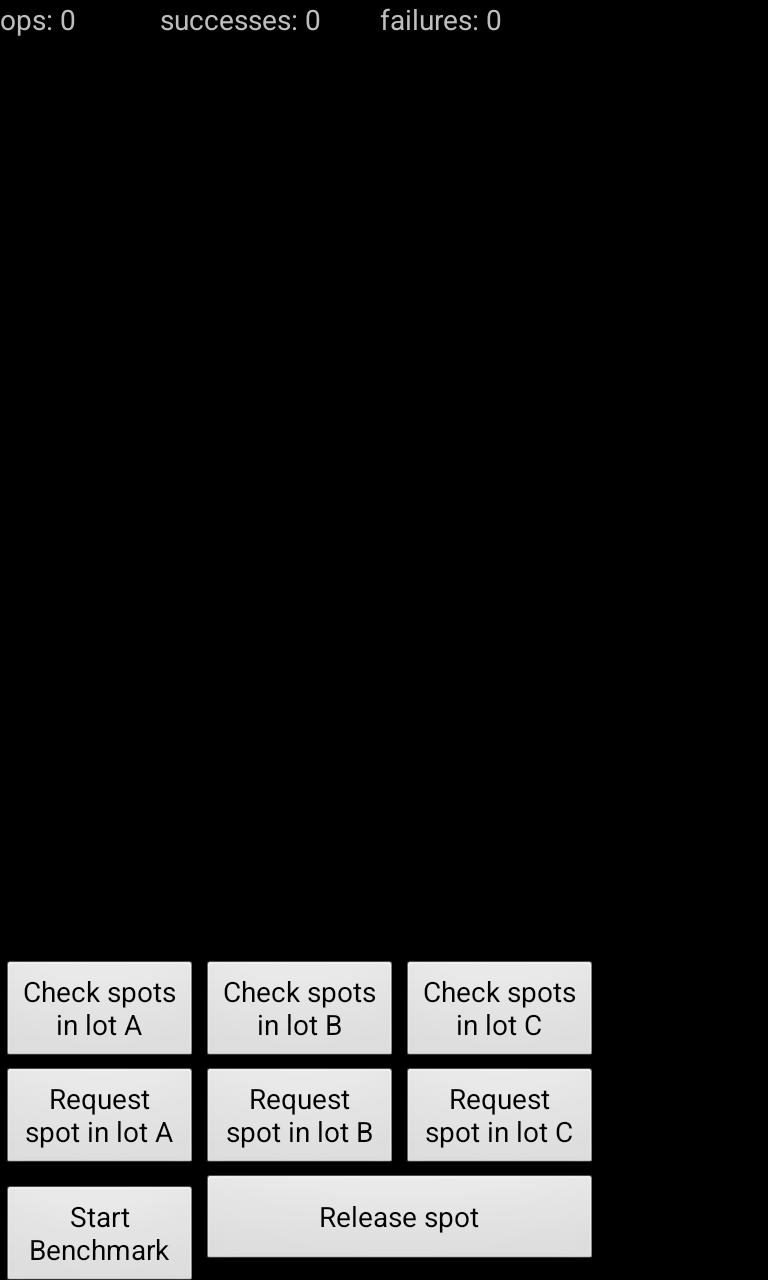
Repository: jasongao/csmcode
Layout: current/workspace/SMCloud/res/layout/main.xml
An editor plug-in stored every save of this project. The layout is shown before and after the next save, followed by the edit.
It is drawn on a 768 x 1280 px phone screen (xhdpi) without system bars, with theme android:Theme; the app's code is not run. Lists and similar views that code fills are empty.

Above is the layout before, as saved 2011-07-14 16:17:17.

### current/workspace/SMCloud/res/layout/main.xml
<?xml version="1.0" encoding="utf-8"?>
<LinearLayout xmlns:android="http://schemas.android.com/apk/res/android"
	android:orientation="vertical" android:layout_width="fill_parent"
	android:layout_height="fill_parent">

	<LinearLayout android:layout_width="match_parent"
		android:layout_height="wrap_content" android:id="@+id/CountInfoLayout">
		<TextView android:text="ops: 0" android:layout_height="wrap_content"
			android:id="@+id/opcount_tv" android:layout_width="80dip"></TextView>
		<TextView android:text="successes: 0" android:layout_height="wrap_content"
			android:id="@+id/successcount_tv" android:layout_width="110dip"></TextView>
		<TextView android:text="failures: 0" android:layout_height="wrap_content"
			android:id="@+id/failurecount_tv" android:layout_width="90dip"></TextView>
	</LinearLayout>

	<ListView android:id="@+id/msgList" android:layout_width="fill_parent"
		android:layout_height="fill_parent" android:stackFromBottom="true"
		android:transcriptMode="alwaysScroll" android:layout_weight="1">
	</ListView>

	<LinearLayout android:layout_width="fill_parent"
		android:orientation="horizontal" android:layout_height="wrap_content"
		android:id="@+id/CheckSpotLayout">
		<Button android:layout_height="wrap_content"
			android:layout_width="100dip" android:text="Check spots in lot A"
			android:id="@+id/readparkingA_button"></Button>
		<Button android:layout_height="wrap_content"
			android:layout_width="100dip" android:text="Check spots in lot B"
			android:id="@+id/readparkingB_button"></Button>
		<Button android:layout_height="wrap_content"
			android:layout_width="100dip" android:text="Check spots in lot C"
			android:id="@+id/readparkingC_button"></Button>
	</LinearLayout>

	<LinearLayout android:layout_width="fill_parent"
		android:orientation="horizontal" android:layout_height="wrap_content"
		android:id="@+id/RequestSpotLayout">
		<Button android:layout_height="wrap_content"
			android:layout_width="100dip" android:text="Request spot in lot A"
			android:id="@+id/requestparkingA_button"></Button>
		<Button android:layout_height="wrap_content"
			android:layout_width="100dip" android:text="Request spot in lot B"
			android:id="@+id/requestparkingB_button"></Button>
		<Button android:layout_height="wrap_content"
			android:layout_width="100dip" android:text="Request spot in lot C"
			android:id="@+id/requestparkingC_button"></Button>
	</LinearLayout>

	<LinearLayout android:layout_width="fill_parent"
		android:orientation="horizontal" android:layout_height="wrap_content"
		android:id="@+id/RequestLayout">
		<Button android:layout_height="wrap_content"
			android:layout_width="100dip" android:text="Start Benchmark"
			android:id="@+id/testcsm_button"></Button>
		<Button android:layout_height="wrap_content"
			android:layout_width="200dip" android:text="Release spot"
			android:id="@+id/releaseparking_button"></Button>
	</LinearLayout>

</LinearLayout>

After the next save:
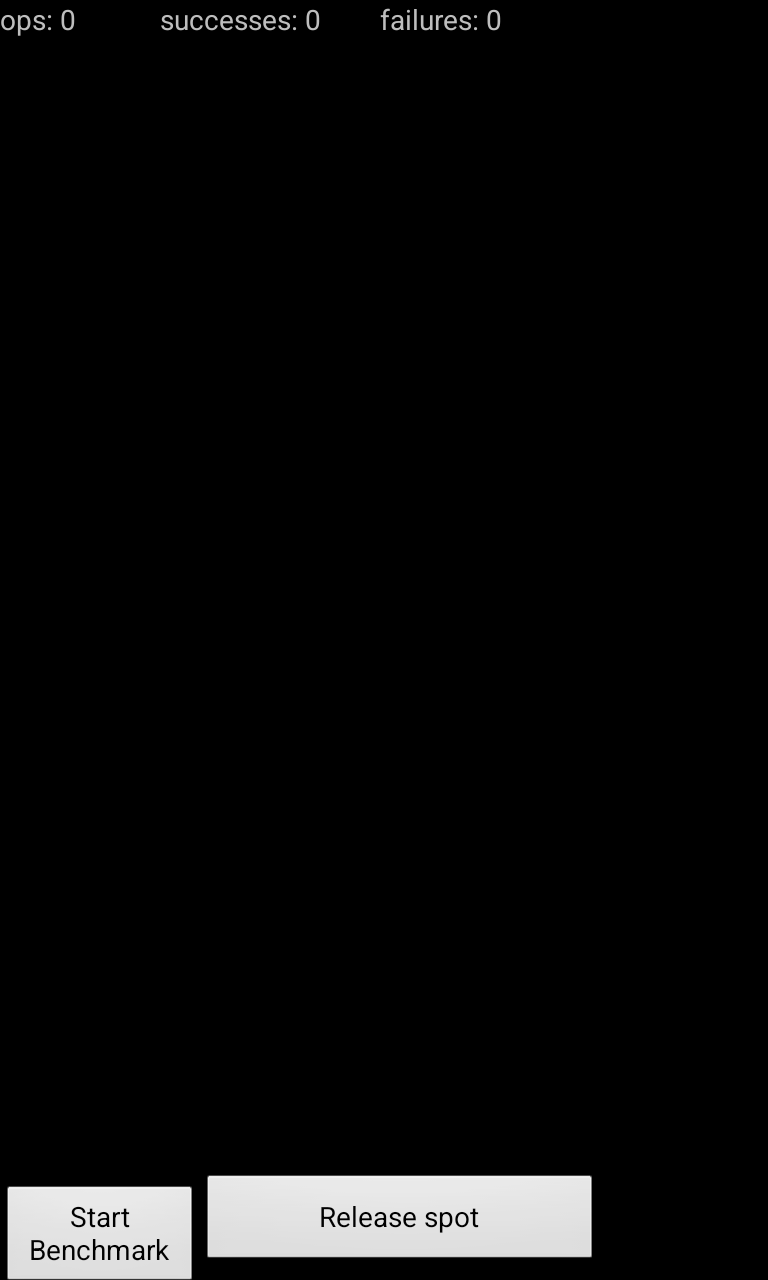
Saved 9 min 5 s later.
--- a/current/workspace/SMCloud/res/layout/main.xml
+++ b/current/workspace/SMCloud/res/layout/main.xml
@@ -18,33 +18,7 @@
 		android:transcriptMode="alwaysScroll" android:layout_weight="1">
 	</ListView>
 
-	<LinearLayout android:layout_width="fill_parent"
-		android:orientation="horizontal" android:layout_height="wrap_content"
-		android:id="@+id/CheckSpotLayout">
-		<Button android:layout_height="wrap_content"
-			android:layout_width="100dip" android:text="Check spots in lot A"
-			android:id="@+id/readparkingA_button"></Button>
-		<Button android:layout_height="wrap_content"
-			android:layout_width="100dip" android:text="Check spots in lot B"
-			android:id="@+id/readparkingB_button"></Button>
-		<Button android:layout_height="wrap_content"
-			android:layout_width="100dip" android:text="Check spots in lot C"
-			android:id="@+id/readparkingC_button"></Button>
-	</LinearLayout>
 
-	<LinearLayout android:layout_width="fill_parent"
-		android:orientation="horizontal" android:layout_height="wrap_content"
-		android:id="@+id/RequestSpotLayout">
-		<Button android:layout_height="wrap_content"
-			android:layout_width="100dip" android:text="Request spot in lot A"
-			android:id="@+id/requestparkingA_button"></Button>
-		<Button android:layout_height="wrap_content"
-			android:layout_width="100dip" android:text="Request spot in lot B"
-			android:id="@+id/requestparkingB_button"></Button>
-		<Button android:layout_height="wrap_content"
-			android:layout_width="100dip" android:text="Request spot in lot C"
-			android:id="@+id/requestparkingC_button"></Button>
-	</LinearLayout>
 
 	<LinearLayout android:layout_width="fill_parent"
 		android:orientation="horizontal" android:layout_height="wrap_content"

After the save that followed:
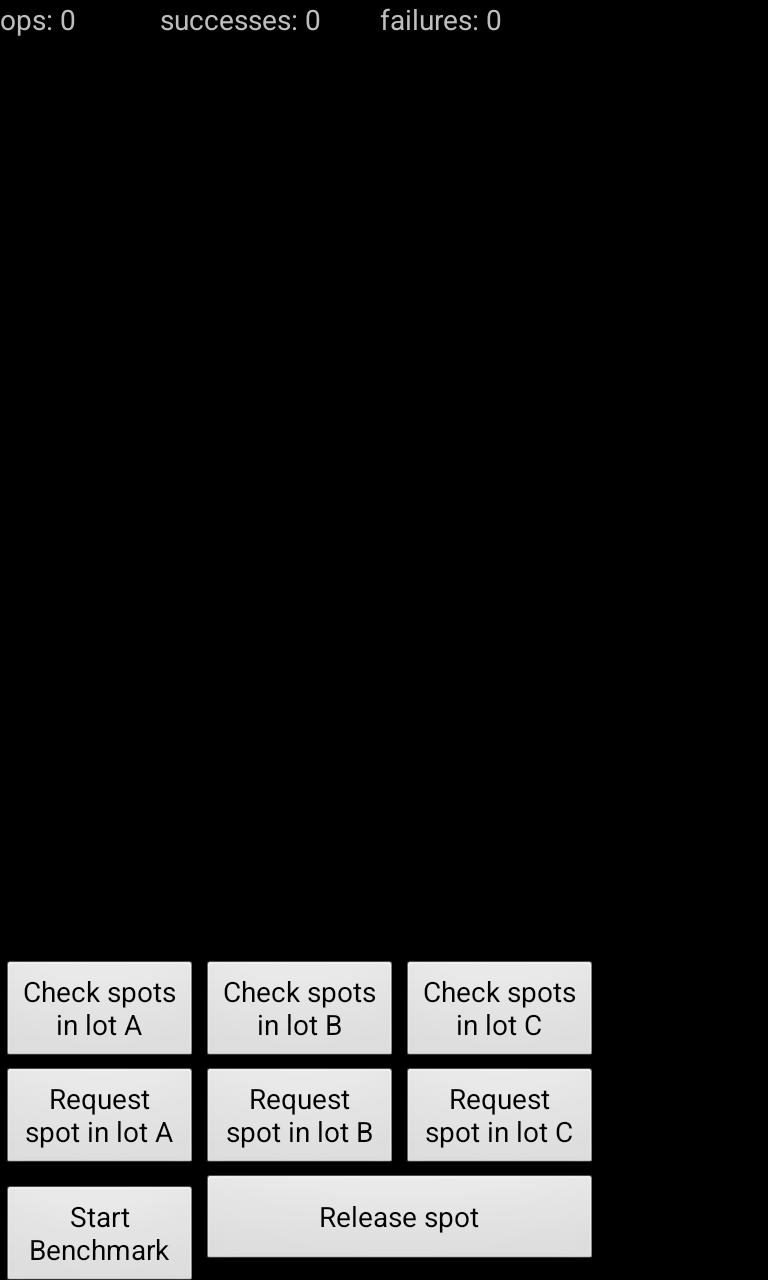
Saved 7 s later.
--- a/current/workspace/SMCloud/res/layout/main.xml
+++ b/current/workspace/SMCloud/res/layout/main.xml
@@ -18,7 +18,33 @@
 		android:transcriptMode="alwaysScroll" android:layout_weight="1">
 	</ListView>
 
+	<LinearLayout android:layout_width="fill_parent"
+		android:orientation="horizontal" android:layout_height="wrap_content"
+		android:id="@+id/CheckSpotLayout">
+		<Button android:layout_height="wrap_content"
+			android:layout_width="100dip" android:text="Check spots in lot A"
+			android:id="@+id/readparkingA_button"></Button>
+		<Button android:layout_height="wrap_content"
+			android:layout_width="100dip" android:text="Check spots in lot B"
+			android:id="@+id/readparkingB_button"></Button>
+		<Button android:layout_height="wrap_content"
+			android:layout_width="100dip" android:text="Check spots in lot C"
+			android:id="@+id/readparkingC_button"></Button>
+	</LinearLayout>
 
+	<LinearLayout android:layout_width="fill_parent"
+		android:orientation="horizontal" android:layout_height="wrap_content"
+		android:id="@+id/RequestSpotLayout">
+		<Button android:layout_height="wrap_content"
+			android:layout_width="100dip" android:text="Request spot in lot A"
+			android:id="@+id/requestparkingA_button"></Button>
+		<Button android:layout_height="wrap_content"
+			android:layout_width="100dip" android:text="Request spot in lot B"
+			android:id="@+id/requestparkingB_button"></Button>
+		<Button android:layout_height="wrap_content"
+			android:layout_width="100dip" android:text="Request spot in lot C"
+			android:id="@+id/requestparkingC_button"></Button>
+	</LinearLayout>
 
 	<LinearLayout android:layout_width="fill_parent"
 		android:orientation="horizontal" android:layout_height="wrap_content"
